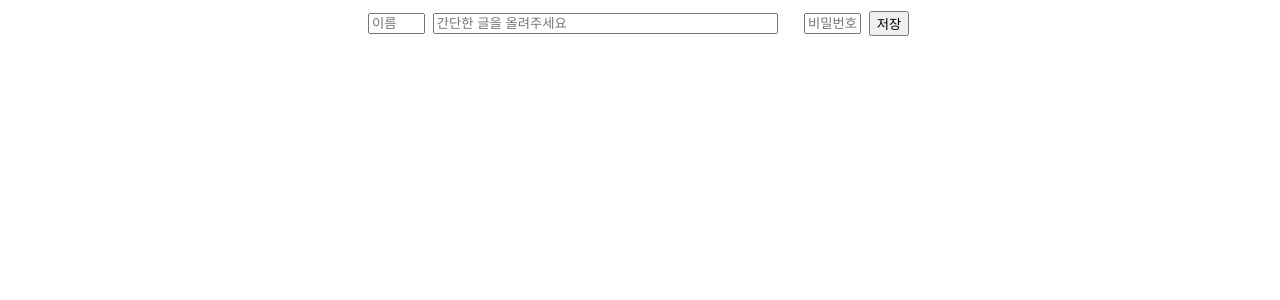
Repository: shbaksa/study
Page: http://localhost/mw_0616/memo/memo.jsp
These files come from the project's save history. The page is drawn as it stood at one moment and after a run of saves; the edit follows.
The browser window is 1280 px wide. The pictures show the whole page.
The page is served by Tomcat 9. Queries for data that is not in the repository find no rows.

Above is the page before, as saved 2022-06-16 07:29:36.

### mw_0616/src/main/webapp/memo/memo.jsp
<%@ page language="java" contentType="text/html; charset=UTF-8"
    pageEncoding="UTF-8"%>

<%@ page import="java.sql.*" %>

   	<%

   		// DB연결
   		Class.forName("com.mysql.jdbc.Driver");
  	 	String db="jdbc:mysql://localhost:3306/first";
    	Connection conn=DriverManager.getConnection(db,"root","1234");

   		// 쿼리생성
   		String sql = "select * from memo order by id desc";

   		// 심부름꾼
   		PreparedStatement pstmt = conn.prepareStatement(sql);

   		// 쿼리실행 => ResultSet
   		ResultSet rs = pstmt.executeQuery(); // executeUpdate() : 실행


   	%>
<!DOCTYPE html>
<html>
<head>
<meta charset="UTF-8">
<title>Insert title here</title>
<script>
		function upmemo(id,name,content)
		{
			// action에 문서를 수정해주는 문서로 변경
			document.pkc.action="memo_update.jsp";

			// 수정시 필요한 id값을 form태그내에 추가
			document.pkc.id.value=id;

			// '글쓰기' 버튼의 글자를 '글수정'으로 바꾸기
			document.pkc.submit.value="글수정";

			// 이름과 내용을 입력폼 안에 넣기
			document.pkc.name.value=name;
			document.pkc.content.value=content;
		}
	</script>
</head>
<body>	<!-- 0615/memo/memo.jsp -->

	<!-- 메모장 입력 폼 -->
	<table width="550" align="center">
	<form name="pkc" method="post" action="memo_ok.jsp">
	<input type="hidden" name="id">
	<td> <input type="text" name="name" size="4" placeholder="이름"> </td>
	<td> <input type="text" name="content" size="40" placeholder="간단한 글을 올려주세요"></td>
	<td> <input type="password" name="pwd" size="4" placeholder="비밀번호"> </td>
	<td> <input type="submit" name="submit" value="저장"> </td>
	</form>
	</table>

	<table width="550" align="center">
	<!--  메모장 내용 출력부분 -->
	<%
		// ResultSet에 있는 내용 출력
		while(rs.next()) {
	%>
	<tr>
	<td onclick="upmemo(<%=rs.getInt("id")%>,'<%=rs.getString("name")%>','<%=rs.getString("content")%>')"><%=rs.getString("name") %></td>
	<td><%=rs.getString("content") %></td>
	<td onclick="location='delete.jsp?id=<%=rs.getInt("id")%>'" ><%=rs.getString("writeday") %></td>
	</tr>
	<%
		}
	%>
	</table>

</body>
</html>

<!--
	현재문서(브라우저) 					=>  다른문서로 이동

	a태그 문서명?변수=값&변수=값
	location 문서명?변수=값&변수=값  		전달할 값이 존재
	form태그 <input> 태그에 넣어서(value)	request.getParameter("변수")


	select 조회

	정렬

	order by 필드명 정렬방식
				  ( desc[내림차순], asc[오름차순] )


	memo에서의 수정
	1. 이름을 클릭하였을때 동작
	2. 수정폼은 위에 존재하는 입력폼을 이용
	  - action에 문서를 수정해주는 문서로 변경
	  - 수정시 필요한 id값을 form태그내에 추가
	  - '글쓰기' 버튼의 글자를 '글수정' 바꾸기
	  - 이름과 내용을 입력폼 안에 넣기













 -->

After the next 2 saves:
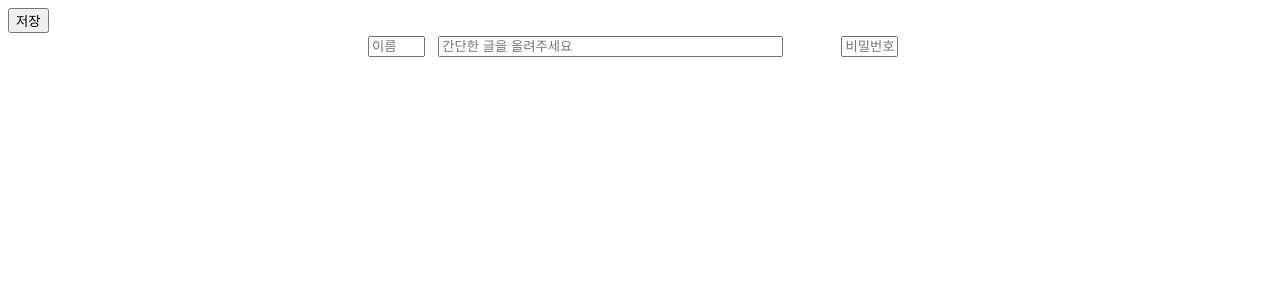
The 2 saves are shown as one change because they came seconds apart.
The last was saved 17 s later.
--- a/mw_0616/src/main/webapp/memo/memo.jsp
+++ b/mw_0616/src/main/webapp/memo/memo.jsp
@@ -51,9 +51,9 @@
 	<form name="pkc" method="post" action="memo_ok.jsp">
 	<input type="hidden" name="id">
 	<td> <input type="text" name="name" size="4" placeholder="이름"> </td>
-	<td> <input type="text" name="content" size="40" placeholder="간단한 글을 올려주세요"></td>
+	<td> <input type="text" name="content" size="40" placeholder="간단한 글을 올려주세요"> </td>
 	<td> <input type="password" name="pwd" size="4" placeholder="비밀번호"> </td>
-	<td> <input type="submit" name="submit" value="저장"> </td>
+	<td></td> <input type="submit" name="submit" value="저장">
 	</form>
 	</table>
 

After the save that followed:
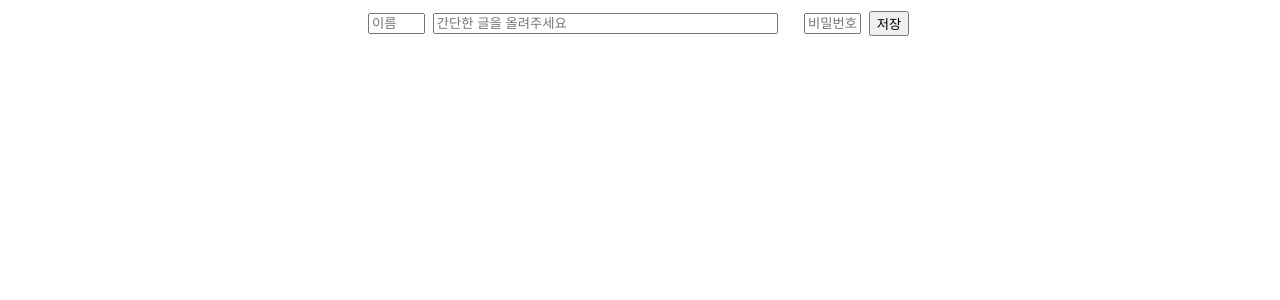
Saved 4 s later.
--- a/mw_0616/src/main/webapp/memo/memo.jsp
+++ b/mw_0616/src/main/webapp/memo/memo.jsp
@@ -53,7 +53,7 @@
 	<td> <input type="text" name="name" size="4" placeholder="이름"> </td>
 	<td> <input type="text" name="content" size="40" placeholder="간단한 글을 올려주세요"> </td>
 	<td> <input type="password" name="pwd" size="4" placeholder="비밀번호"> </td>
-	<td></td> <input type="submit" name="submit" value="저장">
+	<td> <input type="submit" name="submit" value="저장"> </td>
 	</form>
 	</table>
 
